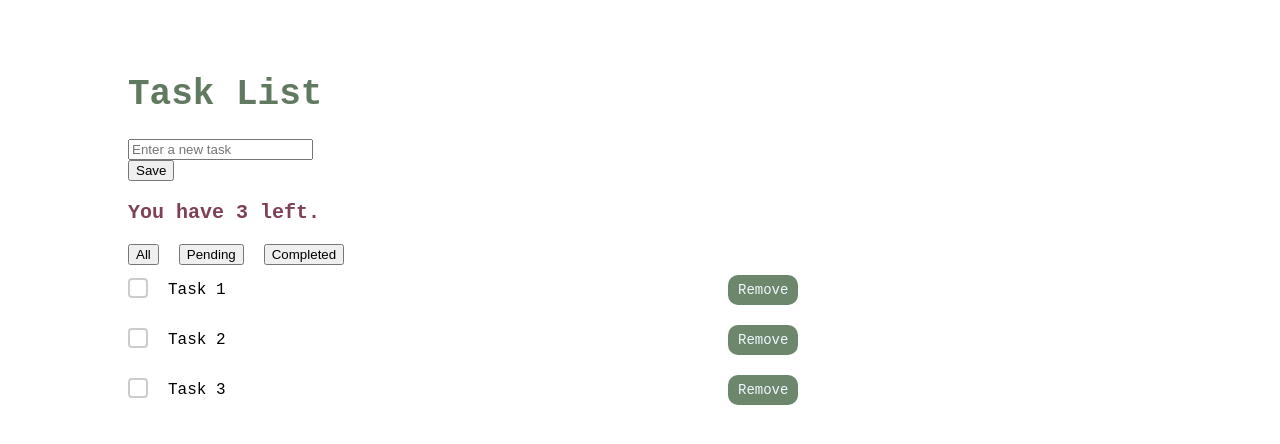
Repository: SandyLy453/task-list
Page: /
An editor plug-in stored every save of this project. The page is shown before and after the next save, followed by the edit.
The browser window is 1280 px wide. The pictures show the whole page.
The project was rebuilt for these pictures with package versions that can differ from the ones it lists, and the page was loaded fresh each time. Also part of the build but not shown: vite.config.js.

Above is the page before, as saved 2024-10-25 18:23:59.

### src/App.jsx
import { useState } from 'react';
import Task from './components/Task';
import TaskForm from './components/TaskForm';

function App() {
  const [tasks, setTasks] = useState([
    { name: 'Task 1', checked: false },
    { name: 'Task 2', checked: false },
    { name: 'Task 3', checked: false }
  ]);
  const [filter, setFilter] = useState('all');

  // Function to calculate the number of unchecked tasks
  const getUncheckedCount = () => {
    return tasks.filter((task) => !task.checked).length;
  };

  // Function to add a new task
  const addTask = (taskName) => {
    setTasks([...tasks, { name: taskName, checked: false }]); // New tasks are unchecked by default
  };

  // Function to remove a task
  const removeTask = (taskName) => {
    setTasks(tasks.filter((task) => task.name !== taskName));
  };

  // Function to toggle the task status
  const toggleTaskStatus = (taskName) => {
    const updatedTasks = tasks.map((task) =>
      task.name === taskName ? { ...task, checked: !task.checked } : task
    );
    setTasks(updatedTasks); // Update the task's checked status in the parent state
  };

  const filteredTasks = tasks.filter((task) => {
    if (filter === 'completed') return task.checked;
    if (filter === 'pending') return !task.checked;
    return true; // 'all' filter
  });

  return (
    <>
      <div className="container">
        <h1 className="title">Task List</h1>
        <TaskForm addTask={addTask} />
        <p className="note">You have {getUncheckedCount()} left.</p>
        <div className="filter">
          <button
            onClick={() => setFilter('all')}
            className="filter-btn"
          >
            All
          </button>
          <button
            onClick={() => setFilter('pending')}
            className="filter-btn"
          >
            Pending
          </button>
          <button
            onClick={() => setFilter('completed')}
            className="filter-btn"
          >
            Completed
          </button>
        </div>
        <div>
          {filteredTasks.map((task) => (
            <Task
              key={task.name}
              name={task.name}
              checked={task.checked}
              toggleTaskStatus={toggleTaskStatus}
              removeTask={removeTask}
            />
          ))}
        </div>
      </div>
    </>
  );
}

export default App;

### src/index.css
.container {
  padding: 20px;
  margin: 30px 100px;
}

.title {
  font-family: monospace;
  font-size: 36px;
  color: rgb(95, 122, 95);
  font-weight: 900;
}

.note {
  font-family: monospace;
  font-size: 20px;
  color: rgb(126, 65, 84);
  font-weight: 600;
}

.inputBox {
  padding: 10px 0 10px 0;
}

.input {
  height: 20px;
  width: 400px;
  padding: 10px;
  font-size: 16px;
  font-family: monospace;
  margin: 20px 20px 20px 0;
  border-radius: 10px;
  border: 1px solid gray;
}

.filter {
  display: flex;
  flex-direction: row;
  gap: 20px
}

.sm-btn{
  height: 40px;
  padding: 10px;
  font-size: 16px;
  font-family: monospace;
  background-color: rgb(108, 135, 108);
  color: aliceblue;
  border: none;
  border-radius: 10px;
}

.sm-btn:hover {
  background-color: rgb(84, 103, 84);
}

.task {
  display: flex;
  flex-direction: row;
  align-items: center;
  gap: 20px;
}

.checkBox {
  width: 20px;
  height: 20px;
  appearance: none;
  background-color: white;
  border: 2px solid #ccc;
  border-radius: 4px;
  cursor: pointer;
  position: relative;
  margin: 6px 0;
}

.checkBox:checked {
  background-color: rgb(108, 135, 108);
}

.checkBox:checked::after {
  content: "";
  display: block;
  width: 4px;
  height: 10px;
  border: solid white;
  border-width: 0 2px 2px 0;
  transform: rotate(45deg);
  position: absolute;
  top: 0px;
  left: 5px;
}

.content {
  width: 540px;
  display: flex;
  word-wrap: normal;
  font-family: monospace;
  font-size: 16px;
}

.task-delete {
  height: 30px;
  padding: 10px;
  align-items: center;
  align-self: center;
  display: flex;
  justify-content: center;
  font-size: 14px;
  font-family: monospace;
  background-color: rgb(108, 135, 108);
  color: aliceblue;
  border: none;
  border-radius: 10px;
}

.task-delete:hover {
  background-color: rgb(84, 103, 84);
}

### src/components/Task.jsx
import { useEffect } from "react";

export default function Task({ name, checked, removeTask, toggleTaskStatus }) {
  useEffect(() => {}, [checked]);

  return (
    <>
      <div className="task">
        <label>
          <input
            type="checkbox"
            className="checkBox"
            checked={checked}
            disabled={checked} // Disable if task is completed
            onChange={() => toggleTaskStatus(name)}
          />
        </label>
        <p
          className="content"
          style={{ textDecoration: checked ? "line-through" : "none" }}
        >
          {name}
        </p>
        <button className="task-delete" onClick={() => removeTask(name)}>
          Remove
        </button>
      </div>
    </>
  );
}

### src/components/TaskForm.jsx
import { useState } from "react";

// const taskTemplate = {
//     name: 'new task'
// };

export default function TaskForm({addTask}) {
    const [taskName, setTaskName] = useState('');

    // form submission
    const handleSubmit = (e) => {
        e.preventDefault(); // the form submission will be handled by JavaScript instead of triggering a page refresh
        if (taskName.trim()) { // checks if the taskName (the text the user entered) is not an empty string after trimming whitespace
            addTask( taskName );
            setTaskName(''); // clear the input field
        }
    }

    return (
        <>
            <form onSubmit={handleSubmit}>
                <div className="formContainer">
                    <input
                        id="task-name"
                        type="text"
                        value={taskName}
                        onChange={(e) => setTaskName(e.target.value)}
                        placeholder="Enter a new task"
                    />
                    <div className="btn-group">
                        <button type="submit" className="btn-save">Save</button>
                    </div>
                </div>
            </form>
        </>
    )
}

Loaded but not shown: index.html (common file); src/main.jsx (common file)

After the next save:
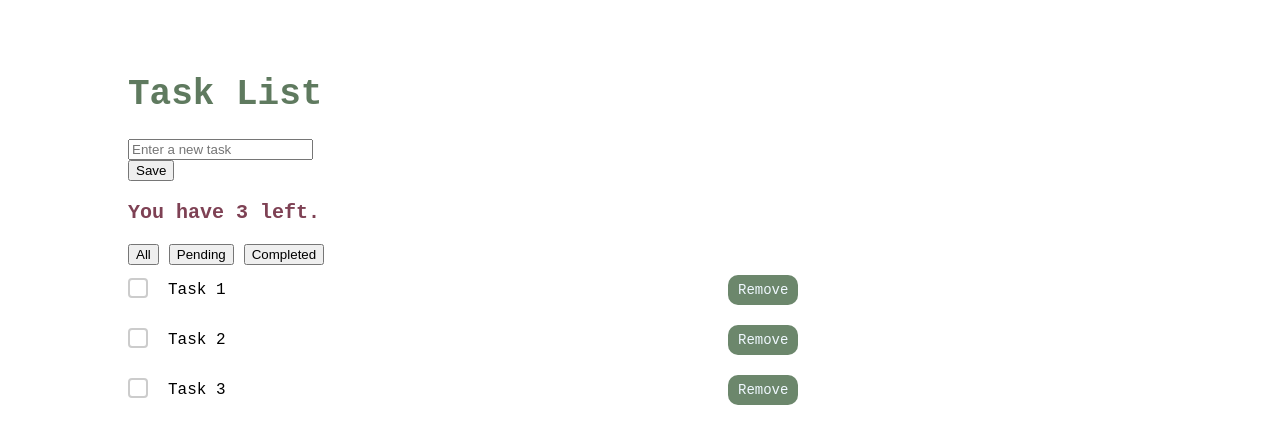
Saved 5 s later.
--- a/src/index.css
+++ b/src/index.css
@@ -35,7 +35,7 @@
 .filter {
   display: flex;
   flex-direction: row;
-  gap: 20px
+  gap: 10px;
 }
 
 .sm-btn{
